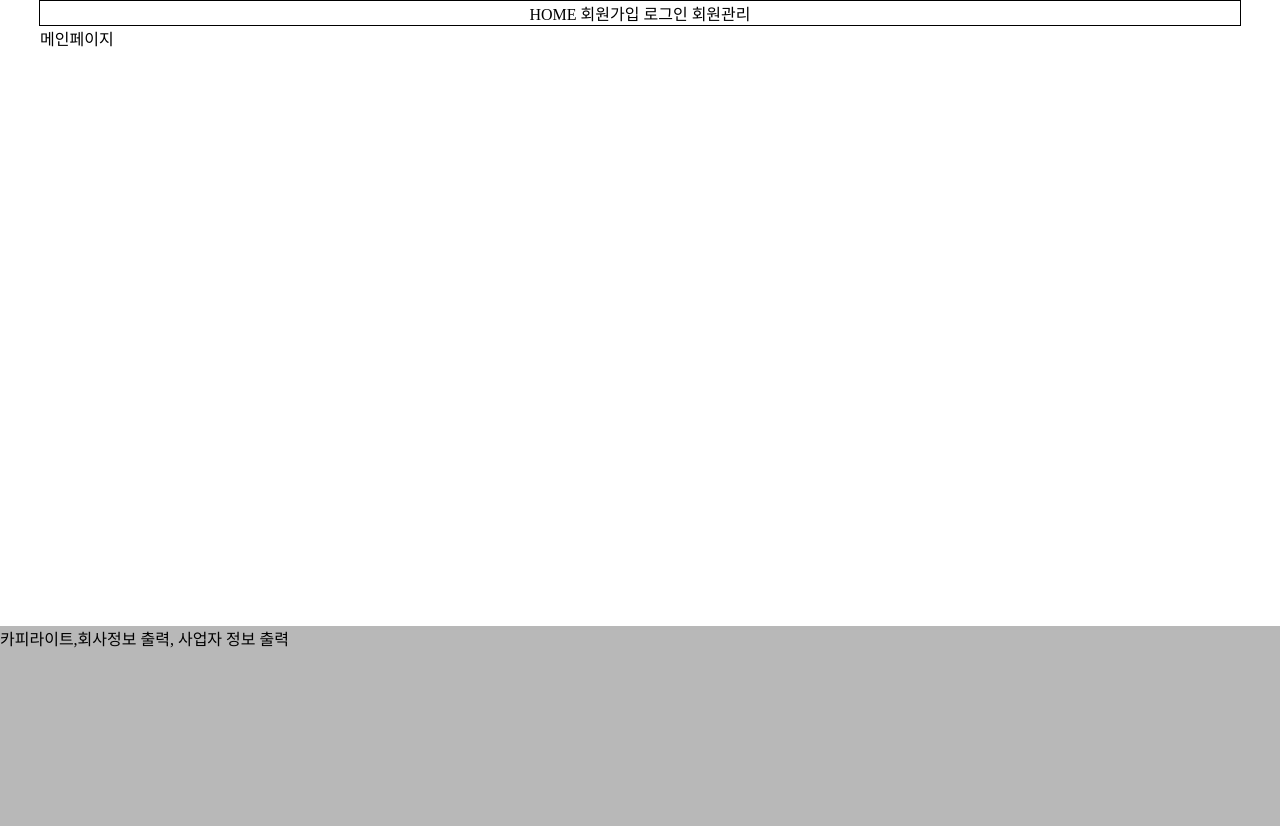
Repository: ceooyh/JSP
Page: http://localhost/step02/test.jsp
An editor plug-in stored every save of this project. The page is shown before and after the next save, followed by the edit.
The browser window is 1280 px wide. The pictures show the whole page.
The page is served by Tomcat 9.

Above is the page before, as saved 2020-12-29 06:01:38.

After the next save:
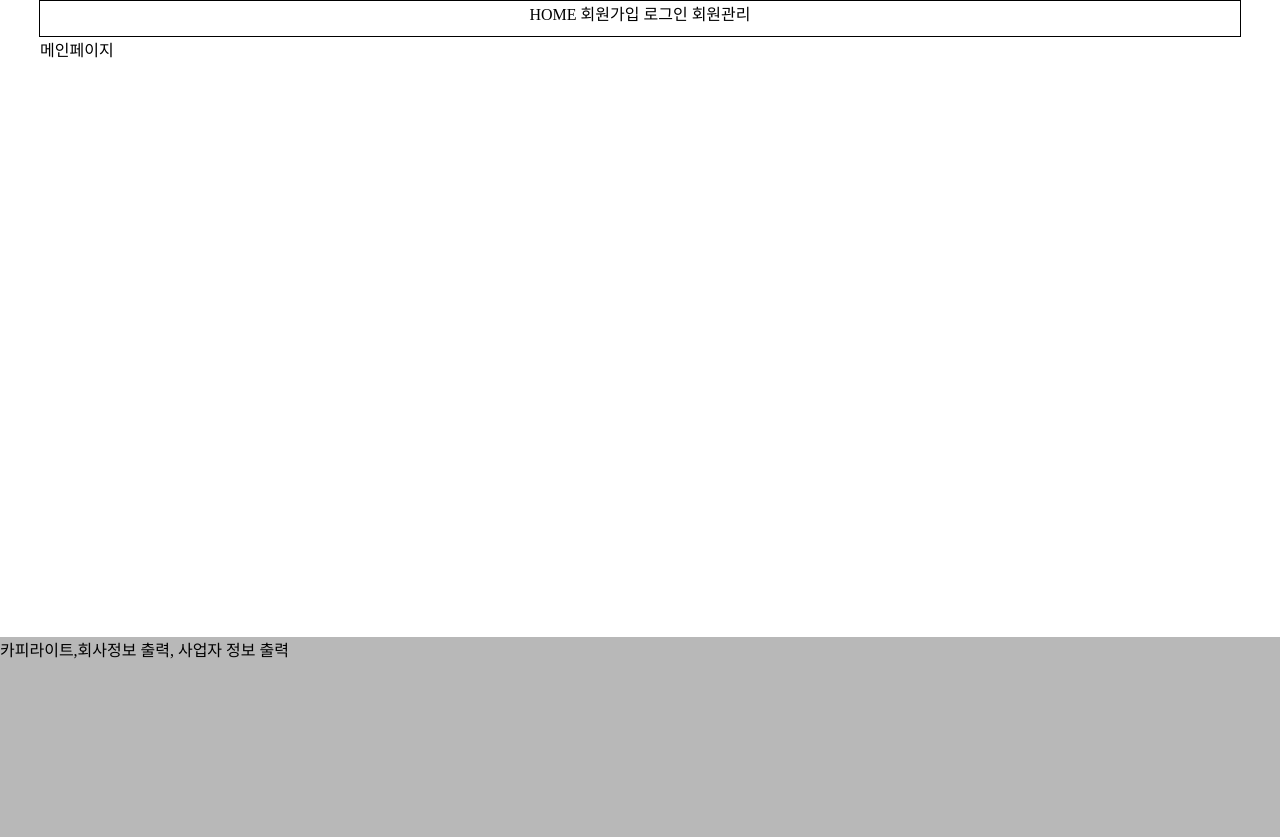
Saved 15 s later.
--- a/step02/WebContent/test.jsp
+++ b/step02/WebContent/test.jsp
@@ -21,6 +21,7 @@
 		li{
 			list-style-type: none;
 			display: inline-block;
+			height: 30px
 		}
 		section{
 			width: 1200px;

After the 2 saves that followed:
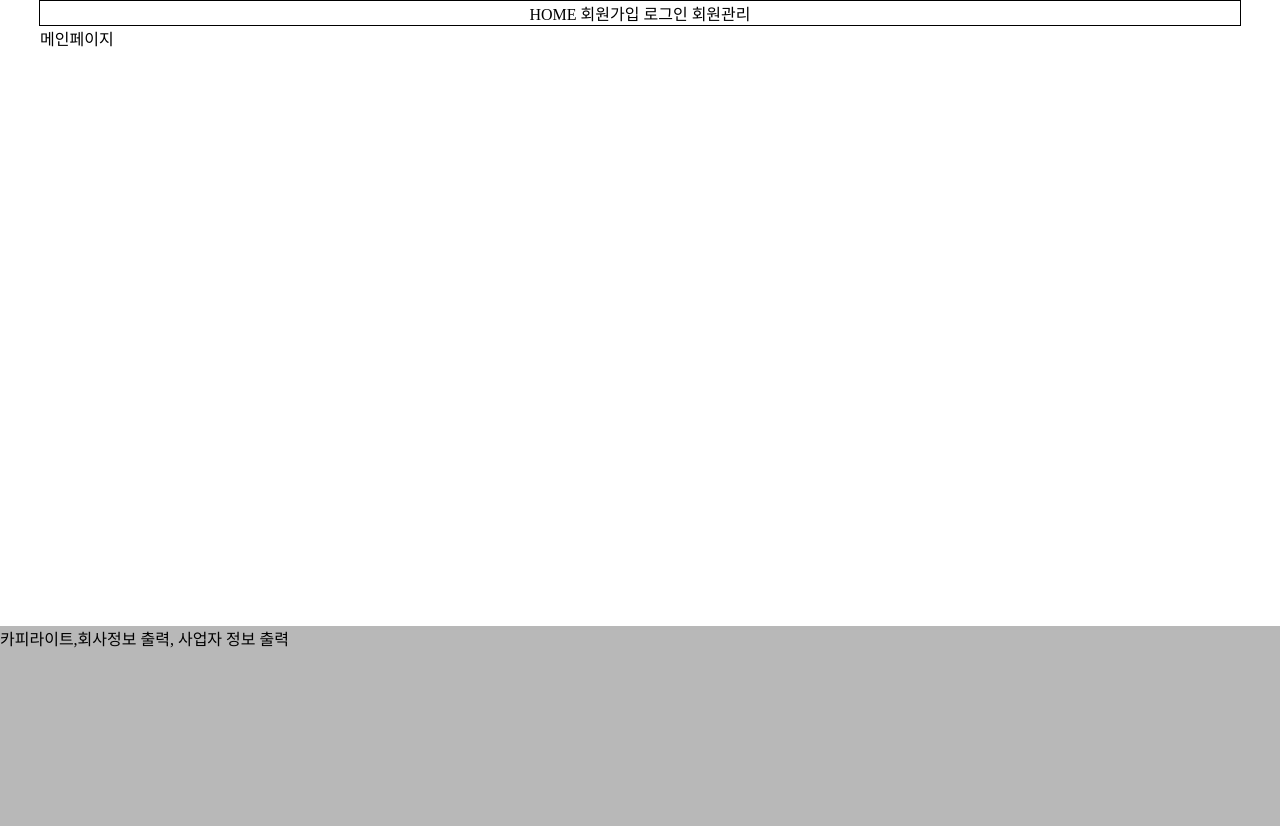
The 2 saves are shown as one change because they came seconds apart.
The last was saved 6 s later.
--- a/step02/WebContent/test.jsp
+++ b/step02/WebContent/test.jsp
@@ -21,7 +21,6 @@
 		li{
 			list-style-type: none;
 			display: inline-block;
-			height: 30px
 		}
 		section{
 			width: 1200px;
